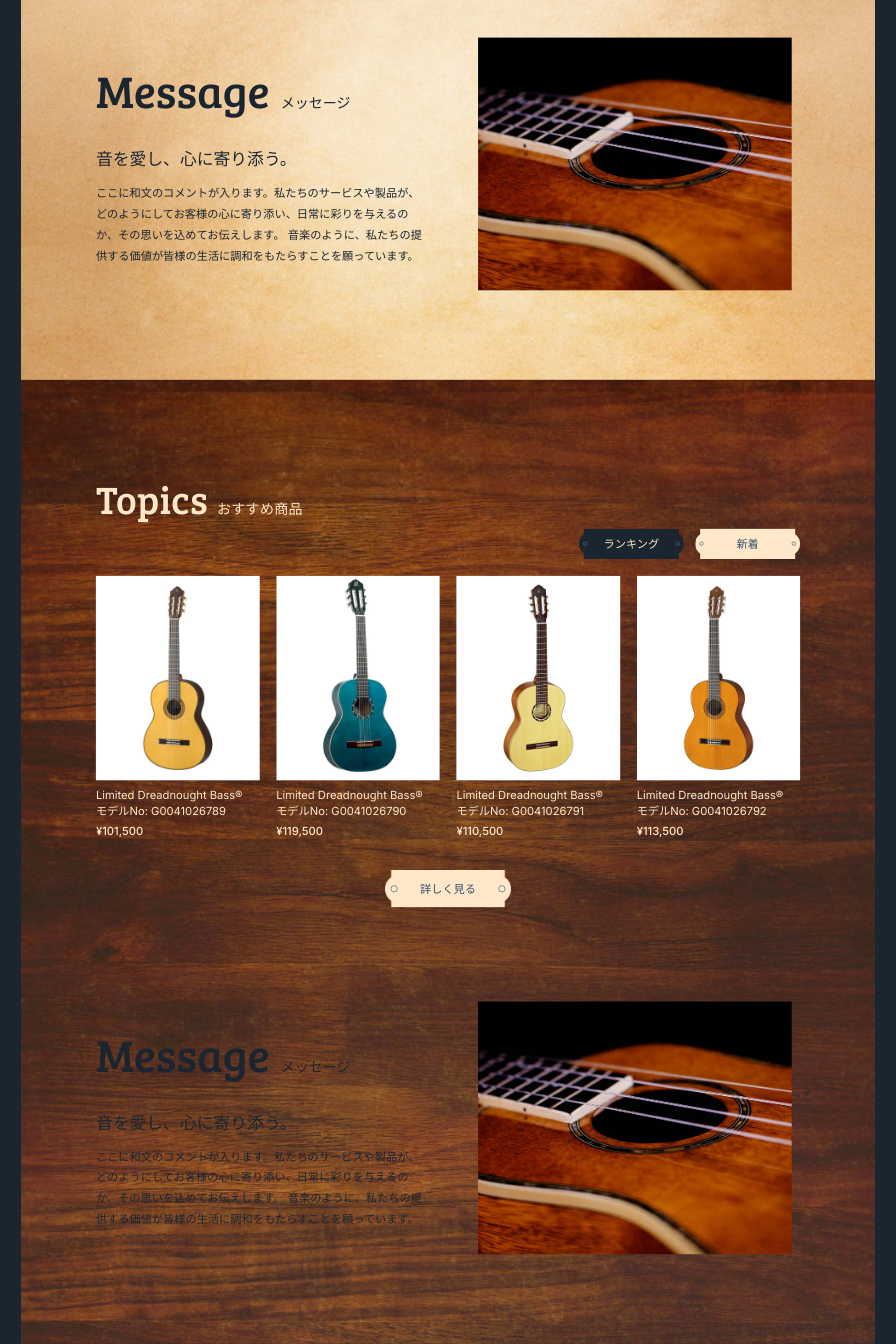
Repository: hyms035k/-----
Page: index.html
These files come from the project's save history. The page is drawn as it stood at one moment and after the next save; the edit follows.
The browser window is 1280 px wide. The pictures show the part of the page from y = 794 to 2714 px (the page is 2714 px tall before and 2654 px after), at 70% of full size.
Some web fonts or font styles are not loaded; a fallback is used. Some web libraries are served in a nearby version. The style sheet was rebuilt from its Sass, Less or Tailwind sources for each picture, by a compiler version that may differ from the author's.

Above is the page before, as saved 2025-06-05 11:28:15.

### index.html
<!DOCTYPE html>
<html lang="ja">
<head>
    <meta charset="UTF-8">
    <meta name="viewport" content="width=device-width, initial-scale=1.0">
    <title>カワセ楽器（デモ）</title>

    <!-- Tailwind CSS CDN (開発版 - JITコンパイラ含む) -->
    <script src="https://cdn.tailwindcss.com"></script>
    <script>
        // Tailwind CSS の設定 (任意)
        // ここでテーマのカスタマイズなどが可能ですが、まずはデフォルトで進めます。
        // 例: tailwind.config = { theme: { extend: { colors: { 'custom-blue': '#243c5a' } } } }
    </script>
    <style type="text/tailwindcss">
        @layer components {
            .block-box {
                @apply py-10 md:py-20 xl:py-32;
            }
        }
        @layer utilities {
            @screen md {
                .leading-relaxed {
                    line-height: 1.84;
                }
            }
        }
        @screen md {
            .container {
                @apply max-w-[650px]; /* 768px以上でコンテナのmax-widthは650px */
            }
        }
        @screen lg {
            .container {
                @apply max-w-[870px]; /* 992px以上でコンテナのmax-widthは870px */
            }
        }
        @screen xl {
            .container {
                @apply max-w-[1070px]; /* 1200px以上でコンテナのmax-widthは1070px */
            }
        }
        @screen 2xl {
            .container {
                @apply max-w-[1170px]; /* 1367px以上でコンテナのmax-widthは1170px */
            }
        }
    </style>
    <script>
        // InterフォントをTailwind CSSのデフォルトフォントとして設定
        tailwind.config = {
            theme: {
                // カスタムブレークポイントの定義
                screens: {
                    'sm': '640px',   // Tailwind CSSのデフォルト 'sm'
                    'md': '768px',   // ユーザー指定のBP
                    'lg': '992px',   // ユーザー指定のBP
                    'xl': '1200px',  // ユーザー指定のBP
                    '2xl': '1367px', // ユーザー指定のBP
                },
                // .container クラスのカスタマイズ
                container: {
                    center: true, // コンテナを中央揃えにする
                    padding: {
                        DEFAULT: '1.75rem',
                        md: '1.5rem',
                        lg: '2rem',
                    },
                    screens: {
                        sm: '640px',
                        md: '650px',
                        lg: '870px',
                        xl: '1070px',
                        '2xl': '1170px',
                    },
                },
                fontSize: {
                    base: '16px'
                },
                extend: {
                    /*
                    fontSize: {
                        '1xs': '0.875rem',
                        '2xs': '0.75rem',
                        '3xs': '0.625rem'
                    },
                    */
                    fontFamily: {
                        // デフォルトのサンセリフフォントを Kiwi Maru に設定
                        sans: ['Kiwi Maru', 'Inter', 'sans-serif'],
                        // 見出し等で使用するセリフフォントとして Bree Serif を設定
                        serif: ['Bree Serif', 'serif'],
                    },
                }
            }
        }
    </script>

    <!-- GoogleFonts -->
    <link rel="preconnect" href="https://fonts.googleapis.com">
    <link rel="preconnect" href="https://fonts.gstatic.com" crossorigin>
    <link href="https://fonts.googleapis.com/css2?family=Kiwi+Maru:wght@400;500;600&display=swap" rel="stylesheet">
    <link href="https://fonts.googleapis.com/css2?family=Bree+Serif&display=swap" rel="stylesheet">

    <!-- Interフォントの読み込み (Tailwind CSSのデフォルトフォントファミリーと相性が良い) -->
    <link href="https://fonts.googleapis.com/css2?family=Inter:wght@400;500;600;700&display=swap" rel="stylesheet">

    <link href="./css/style.min.css" rel="stylesheet">
</head>
<body class="font-sans antialiased text-[#1a2530] bg-[#1a2530]">

    <!-- ヒーローセクション -->
    <section id="hero-section" class="h-screen flex flex-col items-center justify-center bg-cover bg-center text-white" aria-labelledby="hero-heading">
        <div class="container h-full flex flex-col items-center justify-center">
            <!-- ロゴのプレースホルダー -->
            <h1 class="hero-logo w-[80%] md:w-[46.1538461%] mx-auto"><img src="./img/top__hero_logo-min.png" alt=""></h1>
            <h2 id="hero-heading" class="text-2xl xl:text-[33px] text-center text-[#ffe1be] leading-[1.4] mt-6">
                あらゆる場面に対処できる<br>長年の経験と技術
            </h2>
        </div>
    </section>

    <main class="px-2 md:px-[30px]">
        <section id="block-1st" class="bg-cover bg-center">
            <div class="container block-box">
                <div class="lg:grid lg:grid-cols-2 lg:gap-[60px] items-center">
                    <div class="flex flex-col">
                        <div class="md:flex md:items-baseline md:gap-x-4">
                            <h2 class="font-serif text-4xl lg:text-[65px] leading-tight">Message</h2>
                            <p class="font-sans lg:text-[20px] mt-1">メッセージ</p>
                        </div>
                        <div class="lg:hidden my-5">
                            <img src="./img/top__block1st_image.jpg" alt="メッセージのイメージ (スマホ)" class="w-full h-auto object-cover">
                        </div>
                        <div class="lg:mt-10">
                            <h3 class="font-sans text-[1.3rem] lg:text-[24px] font-medium">音を愛し、心に寄り添う。</h3>
                            <p class="font-sans text-base mt-4 leading-relaxed">
                                ここに和文のコメントが入ります。私たちのサービスや製品が、どのようにしてお客様の心に寄り添い、日常に彩りを与えるのか、その思いを込めてお伝えします。
                                音楽のように、私たちの提供する価値が皆様の生活に調和をもたらすことを願っています。
                            </p>
                        </div>
                    </div>
                    <div class="hidden lg:flex items-center justify-center">
                        <img src="./img/top__block1st_image.jpg" alt="メッセージのイメージ (PC)" class="w-full max-w-md h-auto object-cover">
                    </div>
                </div>
            </div>
        </section>
        <section id="block-2nd" class="bg-cover bg-top">
            <div class="container block-box pt-0">
                <div id="topics" class="block-box pb-0 text-[#ffe8c9]">
                    <div class="max-w-6xl mx-auto">
                        <!-- セクションタイトル -->
                        <h2 class="tracking-wide"><span class="text-3xl md:text-4xl lg:text-[56px] font-serif">Topics</span> <span class="text-sm lg:text-[20px] ml-2 font-sans">おすすめ商品</span></h2>

                        <!-- タブ切り替え -->
                        <div class="quick-tab flex justify-end gap-2 lg:gap-4 text-sm">
                            <div class="btn text-sans text-center active"><span><span>ランキング</span></span></div>
                            <div class="btn text-sans text-center"><span><span>新着</span></span></div>
                        </div>

                        <!-- 商品カードリスト -->
                        <div class="grid grid-cols-2 md:grid-cols-4 gap-6 mt-6 mb-11">
                            <!-- 商品カード（繰り返し） -->
                            <div class="text-left">
                                <img src="./img/top__block2nd_topics_guiter_1.jpg" alt="Limited Dreadnought Bass" class="mx-auto mb-2">
                                <p class="text-2xs sm:text-xs">
                                    Limited Dreadnought Bass®<br>
                                    モデルNo: G0041026789
                                </p>
                                <p class="text-sm mt-1 font-medium">¥101,500</p>
                            </div>
                            <!-- 以下、繰り返し -->
                            <div class="text-left">
                                <img src="./img/top__block2nd_topics_guiter_2.jpg" alt="Limited Dreadnought Bass" class="mx-auto mb-2">
                                <p class="text-2xs sm:text-xs">
                                    Limited Dreadnought Bass®<br>
                                    モデルNo: G0041026790
                                </p>
                                <p class="text-sm mt-1 font-medium">¥119,500</p>
                            </div>
                            <div class="text-left">
                                <img src="./img/top__block2nd_topics_guiter_3.jpg" alt="Limited Dreadnought Bass" class="mx-auto mb-2">
                                <p class="text-2xs sm:text-xs">
                                    Limited Dreadnought Bass®<br>
                                    モデルNo: G0041026791
                                </p>
                                <p class="text-sm mt-1 font-medium">¥110,500</p>
                            </div>
                            <div class="text-left">
                                <img src="./img/top__block2nd_topics_guiter_4.jpg" alt="Limited Dreadnought Bass" class="mx-auto mb-2">
                                <p class="text-2xs sm:text-xs">
                                    Limited Dreadnought Bass®<br>
                                    モデルNo: G0041026792
                                </p>
                                <p class="text-sm mt-1 font-medium">¥113,500</p>
                            </div>
                        </div>
                        <!-- 詳しく見るボタン -->
                        <div class="text-center">
                            <a href="#" class="inline-block btn text-sans text-center"><span><span>詳しく見る</span></span></a>
                        </div>
                    </div>
                </div>

                <div class="lg:grid lg:grid-cols-2 lg:gap-[60px] items-center pt-10 md:pt-20 xl:pt-[8rem]">
                    <div class="flex flex-col">
                        <div class="md:flex md:items-baseline md:gap-x-4">
                            <h2 class="font-serif text-4xl lg:text-[65px] leading-tight">Message</h2>
                            <p class="font-sans lg:text-[20px] mt-1">メッセージ</p>
                        </div>
                        <div class="lg:hidden my-5">
                            <img src="./img/top__block1st_image.jpg" alt="メッセージのイメージ (スマホ)" class="w-full h-auto object-cover">
                        </div>
                        <div class="lg:mt-10">
                            <h3 class="font-sans text-[1.3rem] lg:text-[24px] font-medium">音を愛し、心に寄り添う。</h3>
                            <p class="font-sans text-base mt-4 leading-relaxed">
                                ここに和文のコメントが入ります。私たちのサービスや製品が、どのようにしてお客様の心に寄り添い、日常に彩りを与えるのか、その思いを込めてお伝えします。
                                音楽のように、私たちの提供する価値が皆様の生活に調和をもたらすことを願っています。
                            </p>
                        </div>
                    </div>
                    <div class="hidden lg:flex items-center justify-center">
                        <img src="./img/top__block1st_image.jpg" alt="メッセージのイメージ (PC)" class="w-full max-w-md h-auto object-cover">
                    </div>
                </div>
            </div>
        </section>
    </main>

</body>
</html>

### scss/style.scss
@charset "UTF-8";
@use "msg-config" as conf;

.remove {
	position: relative;
	overflow: hidden;
	display: block;
	width: 100%;
	height: 0;
	font-size: 0.5em;
	text-align: left;
	text-indent: -9999px;
	background-position: center;
	background-repeat: no-repeat;
	background-size: cover;
}

.btn {
	position: relative;
	overflow: hidden;
	color: conf.$navy;
	text-decoration: none !important;
	mask: url(../img/btn_mask-min.png) center left no-repeat;
	mask-size: auto 100%;
	cursor: pointer;
	> span {
		position: relative;
		overflow: hidden;
		display: block;
		background-color: conf.$light;
		mask: url(../img/btn_mask-min.png) center right no-repeat;
		mask-size: auto 100%;
		&:before {
			position: absolute;
			top: 0;
			left: 0;
			bottom: 0;
			display: block;
			width: 0;
			background-color: conf.$base;
			transition: 0.3s;
			content: "";
		}
		> span {
			position: relative;
			display: block;
			padding-top: 15px;
			padding-bottom: 15px;
			&:before, &:after {
				position: absolute;
				top: 50%;
				display: block;
				width: 10px;
				height: 10px;
				border: solid 1px conf.$navy-light;
				border-radius: 50%;
				transform: translateY(-50%);
				content: "";
			}
			&:before {
				left: 8px;
			}
			&:after {
				right: 8px;
			}
		}
	}
	&:hover, &:focus {
		color: conf.$light;
		> span {
			&:before {
				width: 100%;
			}
		}
	}
	&.inline-block {
		> span {
			> span {
				padding-left: 50px;
				padding-right: 50px;
			}
		}
	}
}

#hero {
	&-section {
		@include conf.mq(768) {
			background-image: url(../img/top__hero_bg.jpg);
		}
		@include conf.mq(0,768) {
			background-image: url(../img/top__hero_bg_sp.jpg);
		}
	}
}

#block {
	&-1st {
		background-image: url(../img/top__block1st_bg.jpg);
	}
	&-2nd {
		background-image: url(../img/top__block2nd_bg.jpg);
		.quick-tab {
			> .btn {
				@include conf.mq(768) {
					min-width: 150px;
				}
				@include conf.mq(0,768) {
					width: calc((100% - 0.5rem) * 0.5);
					max-width: 150px;
				}
				> span {
					> span {
						padding-top: 10px;
						padding-bottom: 10px;
						&:before, &:after {
							width: 6px;
							height: 6px;
						}
						&:before {
							left: 6px;
						}
						&:after {
							right: 6px;
						}
					}
				}
				&.active {
					color: conf.$light !important;
					> span {
						background-color: conf.$base !important;
					}
				}
			}
		}
	}
}

### scss/_msg-config.scss
@charset "UTF-8";

$base: #1a2530;
$light: #ffe8c9;

$navy: #34506d;
$navy-light: #4d667f;

$accent: #004097;
$bright-accent: #ccd9ea;
$hardright-accent: #eaedf0;
$lavender: #e2e7fe;
$blue: #5f7efb;
$green: #1CA038;
$deep-blue: #3268ED;
$lime: #aacc03;
$dark-gray: #4d4d4d;

@mixin mq($min:0, $max:0, $mode:'screen') {
	$bp_min: '';
	$bp_max: '';
	@if $min > 0 {
		$bp_min: ' and (min-width:#{$min}px)';
	}
	@if $max > 0 {
		$bp_max: ' and (max-width:#{$max - 1}px)';
	}

	@media #{$mode}#{$bp_min}#{$bp_max} {
		@content;
	}
}

@mixin center($y:1, $x:0){
	@if $y > 0 {
		top: 50%;
	}
	@if $x > 0 {
		left: 50%;
	}
	@if $y > 0 or $x > 0 {
		@if $y == 0 or $x == 0 {
			@if $y > 0 {
				transform: translateY(-50%);
			}
			@else {
				transform: translateX(-50%);
			}
		}
		@else {
			transform: translate(-50%,-50%);
		}
	}
}

@mixin full($fixed:0){
	@if $fixed > 0 {
		@if $fixed > 1 {
			position: relative;
		}
		@else{
			position: fixed;
		}
	}
	@else{
		position: absolute;
	}

	top: 0;
	left: 0;
	right: 0;
	bottom: 0;
	display: block;
	width: 100%;
	height: 100%;
}

After the next save:
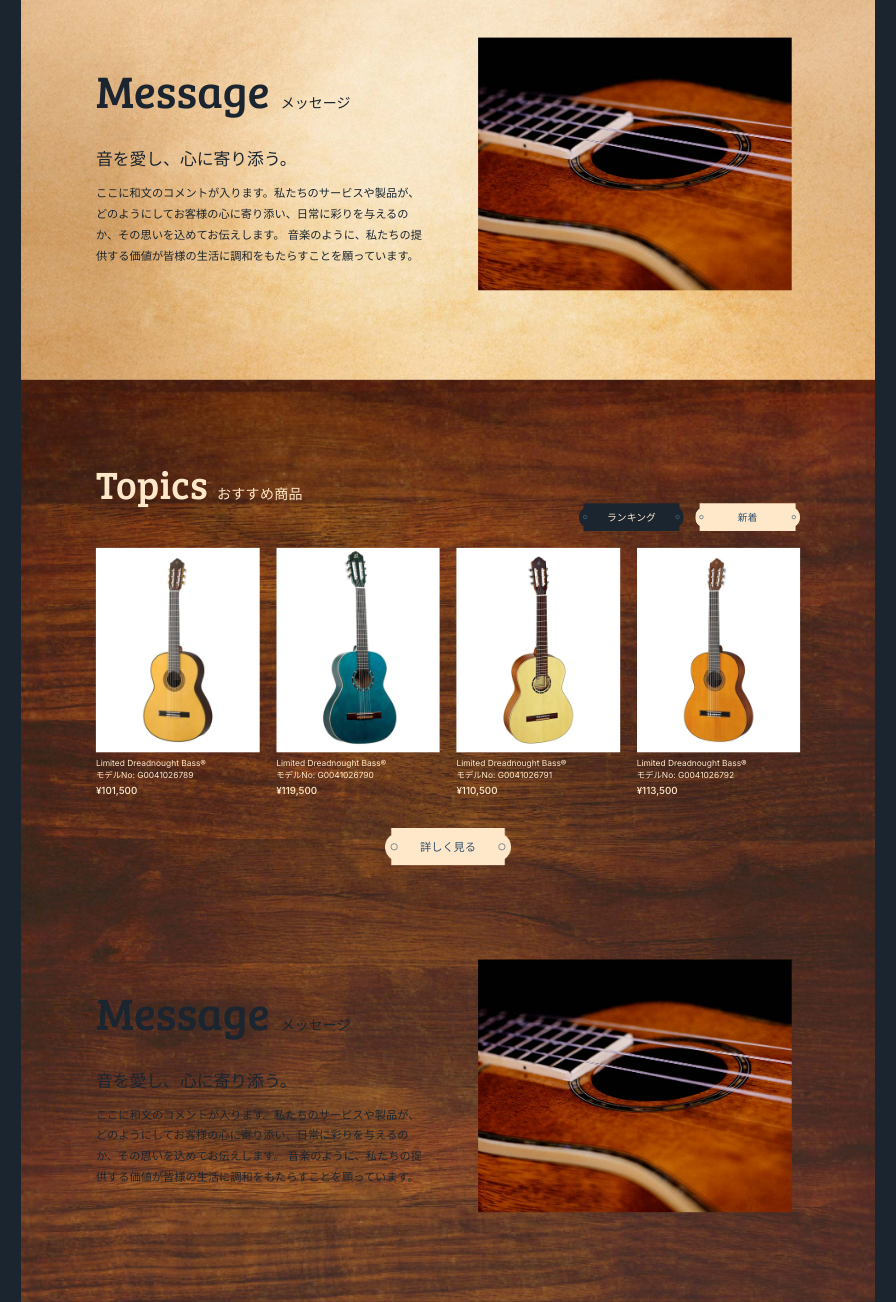
Saved 3 min 6 s later.
--- a/index.html
+++ b/index.html
@@ -74,17 +74,13 @@
                         '2xl': '1170px',
                     },
                 },
-                fontSize: {
-                    base: '16px'
-                },
                 extend: {
-                    /*
                     fontSize: {
+                        base: '16px',
                         '1xs': '0.875rem',
                         '2xs': '0.75rem',
                         '3xs': '0.625rem'
                     },
-                    */
                     fontFamily: {
                         // デフォルトのサンセリフフォントを Kiwi Maru に設定
                         sans: ['Kiwi Maru', 'Inter', 'sans-serif'],
